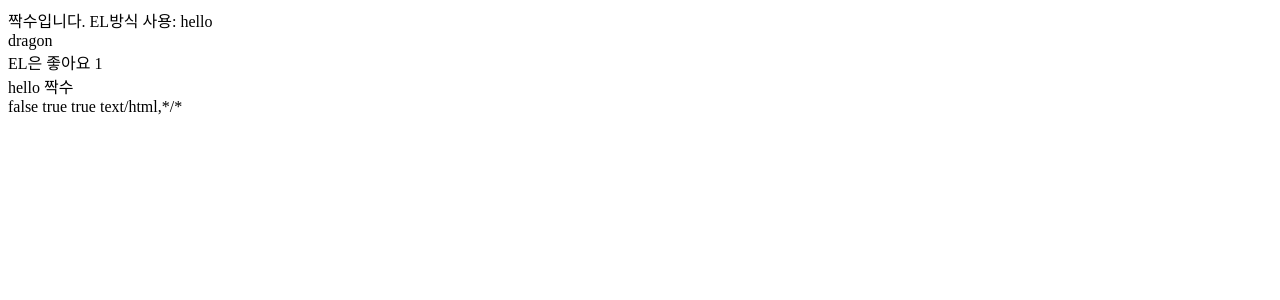
Repository: tokyj515/jsp_study
Page: http://localhost/JSPProj/spag
An editor plug-in stored every save of this project. The page is shown before and after the next save, followed by the edit.
The browser window is 1280 px wide. The pictures show the whole page.
The page is served by Tomcat 9.

Above is the page before, as saved 2022-03-08 13:11:37.

After the next save:
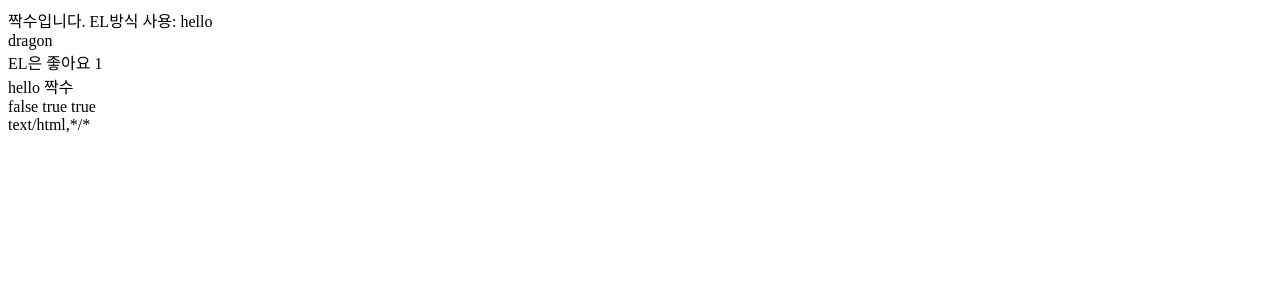
Saved 10 s later.
--- a/JSPProj/src/main/webapp/spag.jsp
+++ b/JSPProj/src/main/webapp/spag.jsp
@@ -21,7 +21,7 @@ pageContext.setAttribute("result", "hello"); //페이지객체
 	${requestScope.result}<br > <!-- request에 있는 짝수 -->
 	${param.n gt 3}
 	${empty param.n}
-	${param.n == null || param.n == ""}
+	${param.n == null || param.n == ""}<br >
 	${header.accept}
 
 </body>
